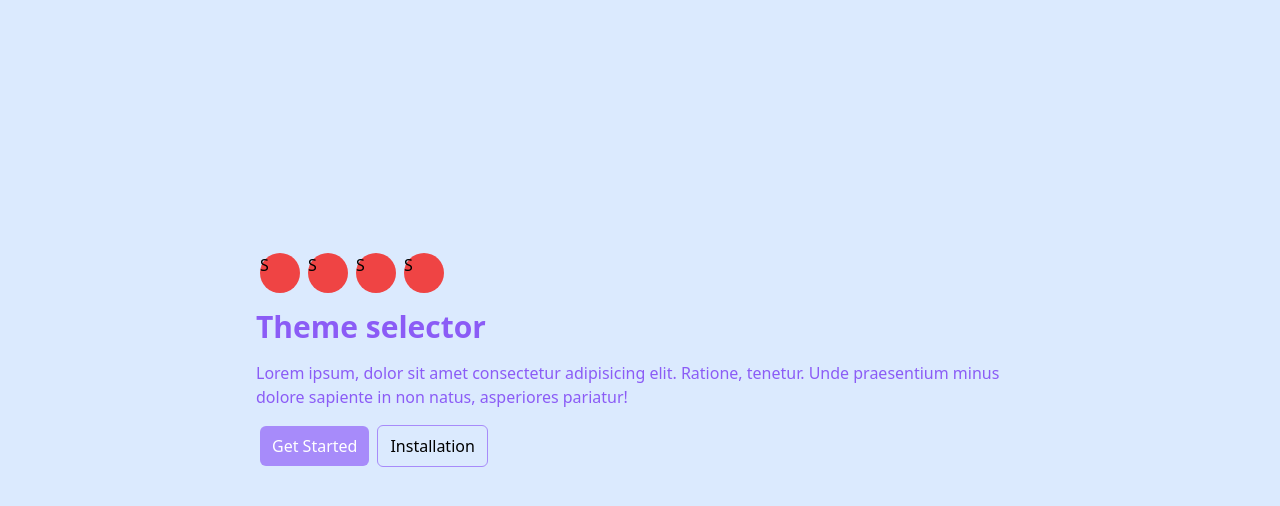
Repository: prince-bansal/tailwind-theme-switcher
Page: /
An editor plug-in stored every save of this project. The page is shown before and after the next save, followed by the edit.
The browser window is 1280 px wide. The pictures show the whole page.
The project was rebuilt for these pictures with package versions that can differ from the ones it lists, and the page was loaded fresh each time. Also part of the build but not shown: vite.config.ts, src/index.css.

Above is the page before, as saved 2024-03-17 19:57:17.

### src/App.tsx
import { useState } from "react";
import "./App.css";

const getClass = (color: string) => `bg-${color}-500`;

function App() {
  const [theme, setTheme] = useState("red");

  return (
    <div
      className={`theme-${theme} bg-fill min-h-screen flex items-center justify-center`}
    >
      <div className="w-[60%] m-auto">
        <div className="flex">
          {["red", "purple", "blue", "green"].map((color) => (
            <div
              onClick={() => {
                console.log("color changes", color);
                setTheme(color);
              }}
              className={`cursor-pointer h-10 rounded-full w-10 ${getClass(
                color
              )} bg-red-500 mx-1`}
            >
              S
            </div>
          ))}
        </div>
        <h1 className="text-3xl text-heading my-4 font-bold">Theme selector</h1>
        <p className="text-heading">
          Lorem ipsum, dolor sit amet consectetur adipisicing elit. Ratione,
          tenetur. Unde praesentium minus dolore sapiente in non natus,
          asperiores pariatur!
        </p>
        <button className="mt-4 bg-primary text-white p-2 px-3 mx-1 rounded-md">
          Get Started
        </button>
        <button className="mt-4 border-primary border p-2 px-3 mx-1 rounded-md">
          Installation
        </button>
      </div>{" "}
    </div>
  );
}

export default App;

### src/App.css
@tailwind base;
@tailwind components;
@tailwind utilities;

@layer base {
    :root {
        --heading-color: rgb(139 92 246);
        --bg-fill: rgb(219 234 254);
        --bg-button-accent: rgb(167 139 250);
        --border-color: rgb(167 139 250);
    }

    .theme-blue {
        --heading-color: rgb(30 58 138);
        --bg-fill: rgb(219 234 254);
        --bg-button-accent: rgb(139, 189, 250);
        --border-color: rgb(147 197 253);
    }

    .theme-red {
        --heading-color: rgb(220 38 38);
        --bg-fill: rgb(254 226 226);
        --bg-button-accent: rgb(252 165 165);
        --border-color: rgb(252 165 165);
    }

    .theme-green {
        --heading-color: rgb(21 128 61);
        --bg-fill: rgb(220 252 231);
        --bg-button-accent: rgb(134 239 172);
        --border-color: rgb(134 239 172);
    }
}

### tailwind.config.js
/** @type {import('tailwindcss').Config} */
export default {
  content: ["./index.html", "./src/**/*.{js,ts,jsx,tsx}"],
  theme: {
    extend: {
      colors: {
        heading: "var(--heading-color)",
      },
      backgroundColor: {
        "btn-accent": "var(--bg-button-accent)",
        fill: "var(--bg-fill)",
        primary: "var(--border-color)",
      },
      borderColor: {
        primary: "var(--border-color)",
      },
    },
  },
  plugins: [],
};

Loaded but not shown: index.html (common file); src/main.tsx (common file)

After the next save:
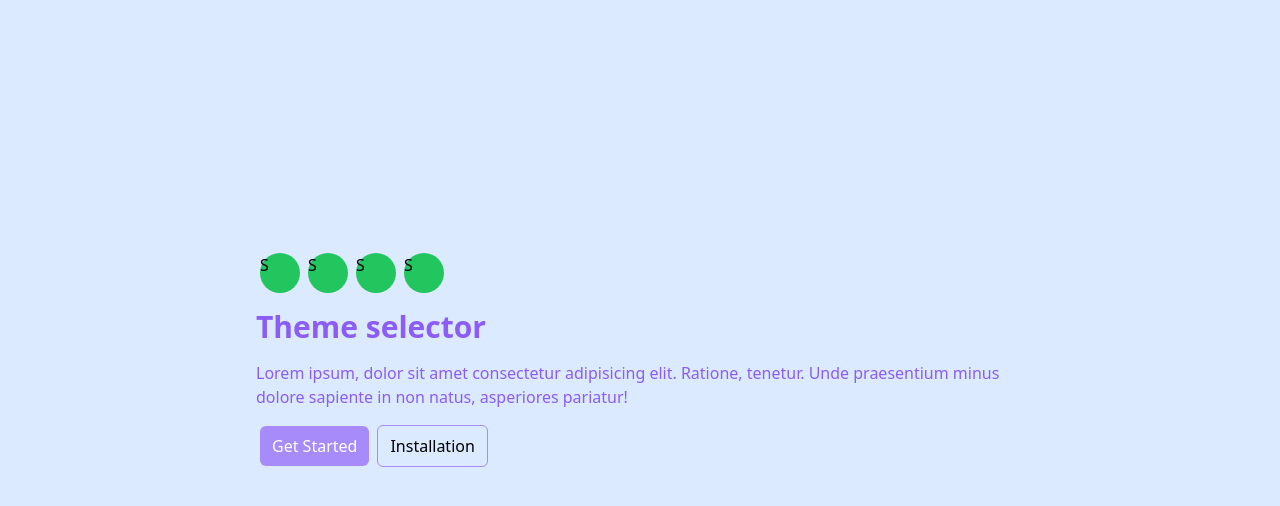
Saved 4 s later.
--- a/src/App.tsx
+++ b/src/App.tsx
@@ -20,7 +20,7 @@ function App() {
               }}
               className={`cursor-pointer h-10 rounded-full w-10 ${getClass(
                 color
-              )} bg-red-500 mx-1`}
+              )} bg-green-500 mx-1`}
             >
               S
             </div>
